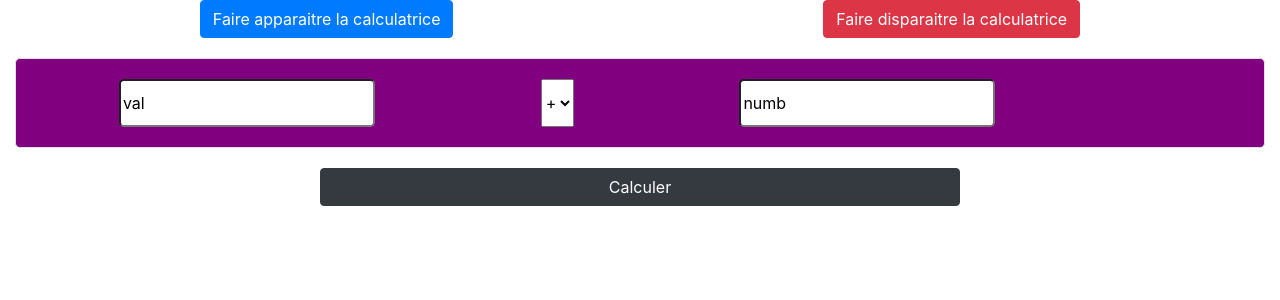
Repository: julieLyM/calculatrice
Page: calculatrice.html
These files come from the project's save history. The page is drawn as it stood at one moment and after a run of saves; the edit follows.
The browser window is 1280 px wide. The pictures show the whole page.

Above is the page before, as saved 2020-12-08 15:29:49.

After the next 2 saves:
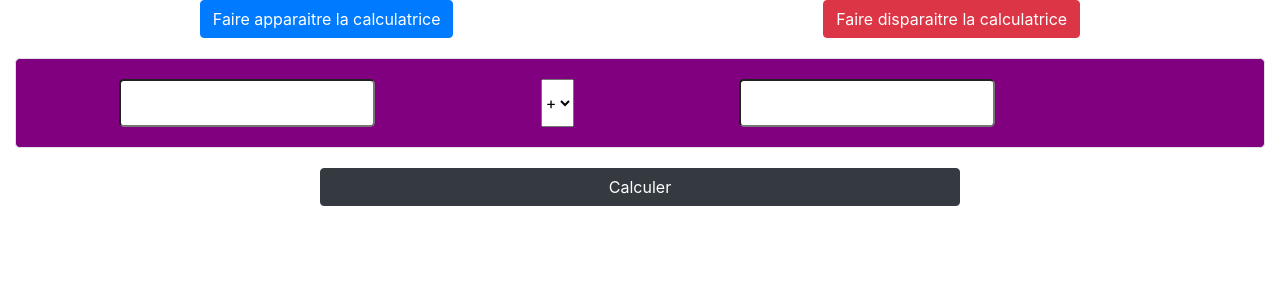
The 2 saves are shown as one change because they came seconds apart.
The last was saved 6 s later.
--- a/calculatrice.html
+++ b/calculatrice.html
@@ -18,14 +18,14 @@
           </button>
         </div>
         <div class="row justify-content-around border w-100 rounded-lg" id="blocCal"  style="padding: 20px;margin: 20px auto; text-align:center; background-color: purple">
-          <input type="text" class="rounded-lg" value="val" id="nombre1">
+          <input type="text" class="rounded-lg"  id="nombre1">
           <select name="calcul" id="operateur">
             <option>+</option>
             <option>-</option>
             <option>*</option>
             <option>/</option>
           </select>
-          <input type="text" class="rounded-lg" value="numb" id="nombre2">
+          <input type="text" class="rounded-lg"  id="nombre2">
           <br>
           <br>
         </div>
